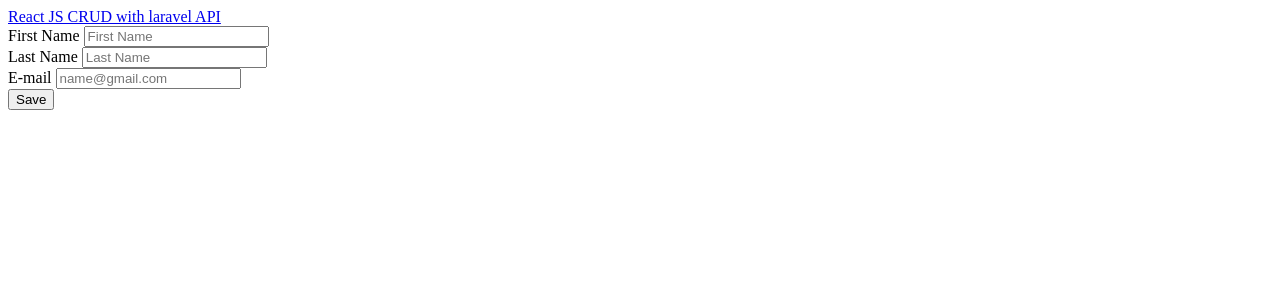
Repository: balkisys/react-js-crud
Page: /
An editor plug-in stored every save of this project. The page is shown before and after the next save, followed by the edit.
The browser window is 1280 px wide. The pictures show the whole page.
The project was rebuilt for these pictures with package versions that can differ from the ones it lists, and the page was loaded fresh each time.

Above is the page before, as saved 2020-05-18 10:09:20.

After the next save:
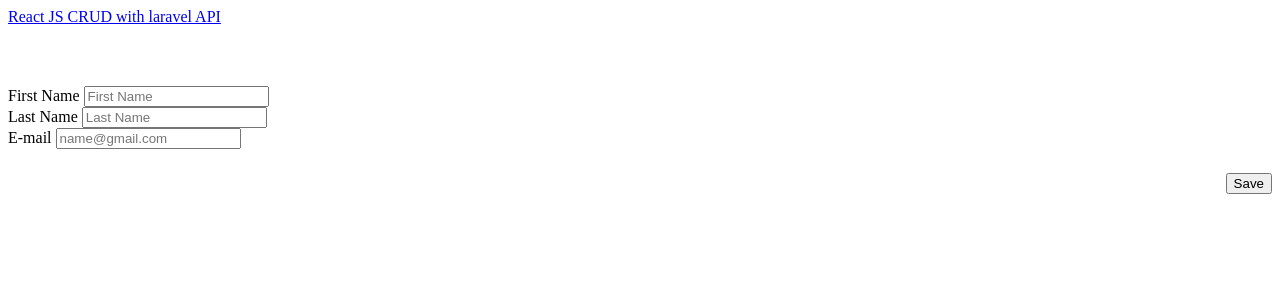
Saved 102 s later.
--- a/src/components/App.js
+++ b/src/components/App.js
@@ -1,5 +1,6 @@
 import React , {Component} from "react" ;
 import MyForm from "./MyForm";
+import "./app.css";
 
 class App extends Component {
     render () {
